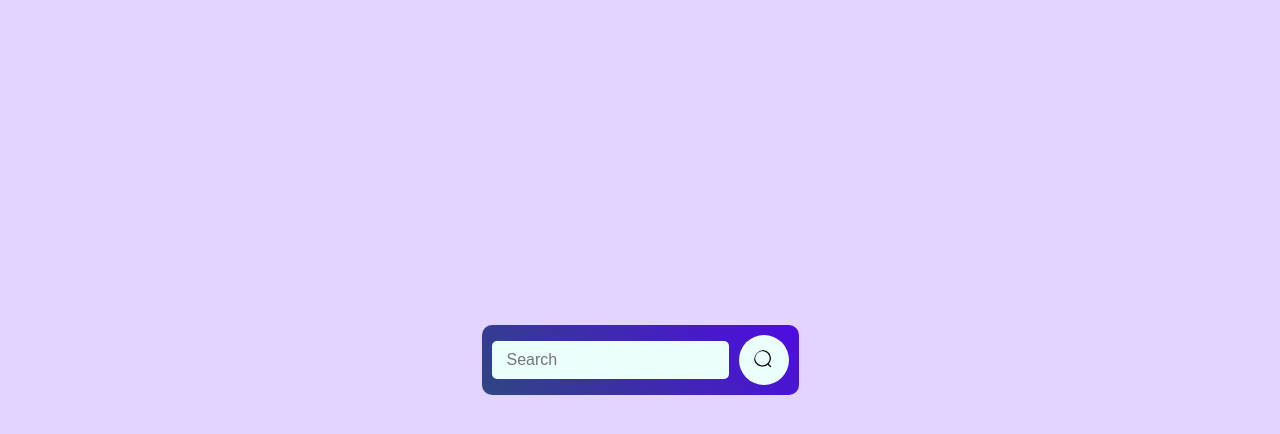
Repository: wakoya-tech/wheather-app
Page: /
An editor plug-in stored every save of this project. The page is shown before and after the next save, followed by the edit.
The browser window is 1280 px wide. The pictures show the whole page.
The project was rebuilt for these pictures with package versions that can differ from the ones it lists, and the page was loaded fresh each time. Also part of the build but not shown: vite.config.js, src/App.css.

Above is the page before, as saved 2025-10-18 00:21:23.

### index.html
<!DOCTYPE html>
<html lang="en">
  <head>
    <meta charset="UTF-8" />
    <link rel="icon" type="image/svg+xml" href="/vite.svg" />
    <meta name="viewport" content="width=device-width, initial-scale=1.0" />
    <title>Weather App - wakoCode</title>
  </head>
  <body>
    <div id="root"></div>
    <script type="module" src="/src/main.jsx"></script>
  </body>
</html>

### src/App.jsx
import { useState } from 'react'
import Weather from './Components/Weather'

import './App.css'

function App() {
 return(
 <div className='App'>

<Weather/>

 </div>

 )

}

export default App

### src/index.css

*{
    margin: 0;
    padding: 0;
    box-sizing: border-box;
    font-family: "poppins",sans-serif;
}
.App {
    min-height: 100vh;
    display: grid;
    background: #e2d4ff;
}

### src/Components/Weather.jsx
import React from 'react';
import './Weather.css';
import search_icon from '../assets/Search.png';

function Weather() {
  return (
    <div className='weather'>
      <div className="search-bar">
        <input type="text" placeholder='Search' />
        <img className='img' src={search_icon} alt="Search" />
      </div>
    </div>
  );
}

export default Weather;

### src/Components/Weather.css
.weather{
place-self: center;
padding: 10px;
border-radius: 10px;
background-image: linear-gradient(45deg,#2f4680,#500ae4);
display: flex;
flex-direction: column;
align-items: center;
}
.search-bar{
    display: flex;
    align-items: center;
    gap: 10px;
}
.search-bar input{
    padding: 10px 15px;
    font-size: 16px;
    border-radius: 5px;
    border: none;
    outline: none;
    flex: 1;
    color: #626262;
    background: #ebfffc;
}
.search-bar .img{
  width: 50px;
  padding: 15px;
    border-radius: 50%;
    background: #ebfffc;
  cursor: pointer;
}

Loaded but not shown: src/main.jsx (common file)

After the next save:
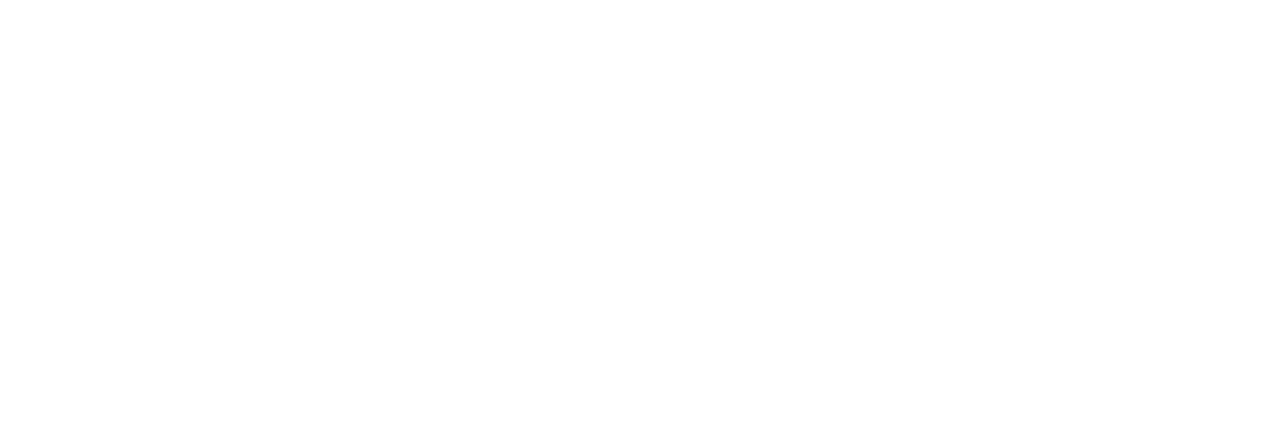
Console error: ReferenceError: search_icon is not defined
Saved 3 min 23 s later.
--- a/src/Components/Weather.jsx
+++ b/src/Components/Weather.jsx
@@ -1,6 +1,12 @@
 import React from 'react';
 import './Weather.css';
-import search_icon from '../assets/Search.png';
+import rain from '../assets/rain.jpg';
+import cloud from './assets/cloud.jpg';
+import clear from '../assets/clear.jpg';
+import drizzle from '../assets/drizzle.jpg';
+import snow from '../assets/snow.jpg';
+import wind from '../assets/wind.jpg';
+import humidity from '../assets/humidity.jpg';
 
 function Weather() {
   return (

After the save that followed:
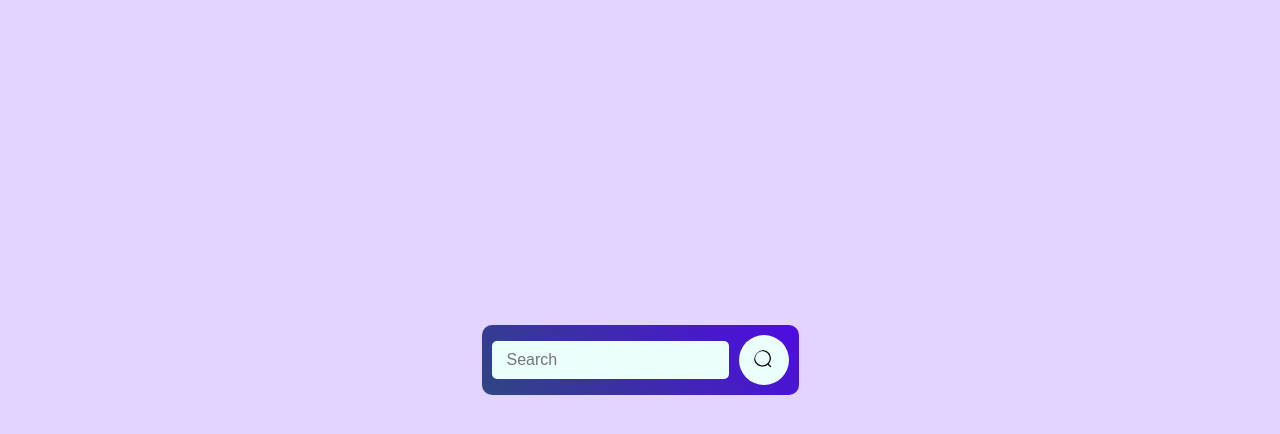
The error is gone.
Saved 23 s later.
--- a/src/Components/Weather.jsx
+++ b/src/Components/Weather.jsx
@@ -1,12 +1,6 @@
 import React from 'react';
 import './Weather.css';
-import rain from '../assets/rain.jpg';
-import cloud from './assets/cloud.jpg';
-import clear from '../assets/clear.jpg';
-import drizzle from '../assets/drizzle.jpg';
-import snow from '../assets/snow.jpg';
-import wind from '../assets/wind.jpg';
-import humidity from '../assets/humidity.jpg';
+import search_icon from '../assets/Search.png';
 
 function Weather() {
   return (
